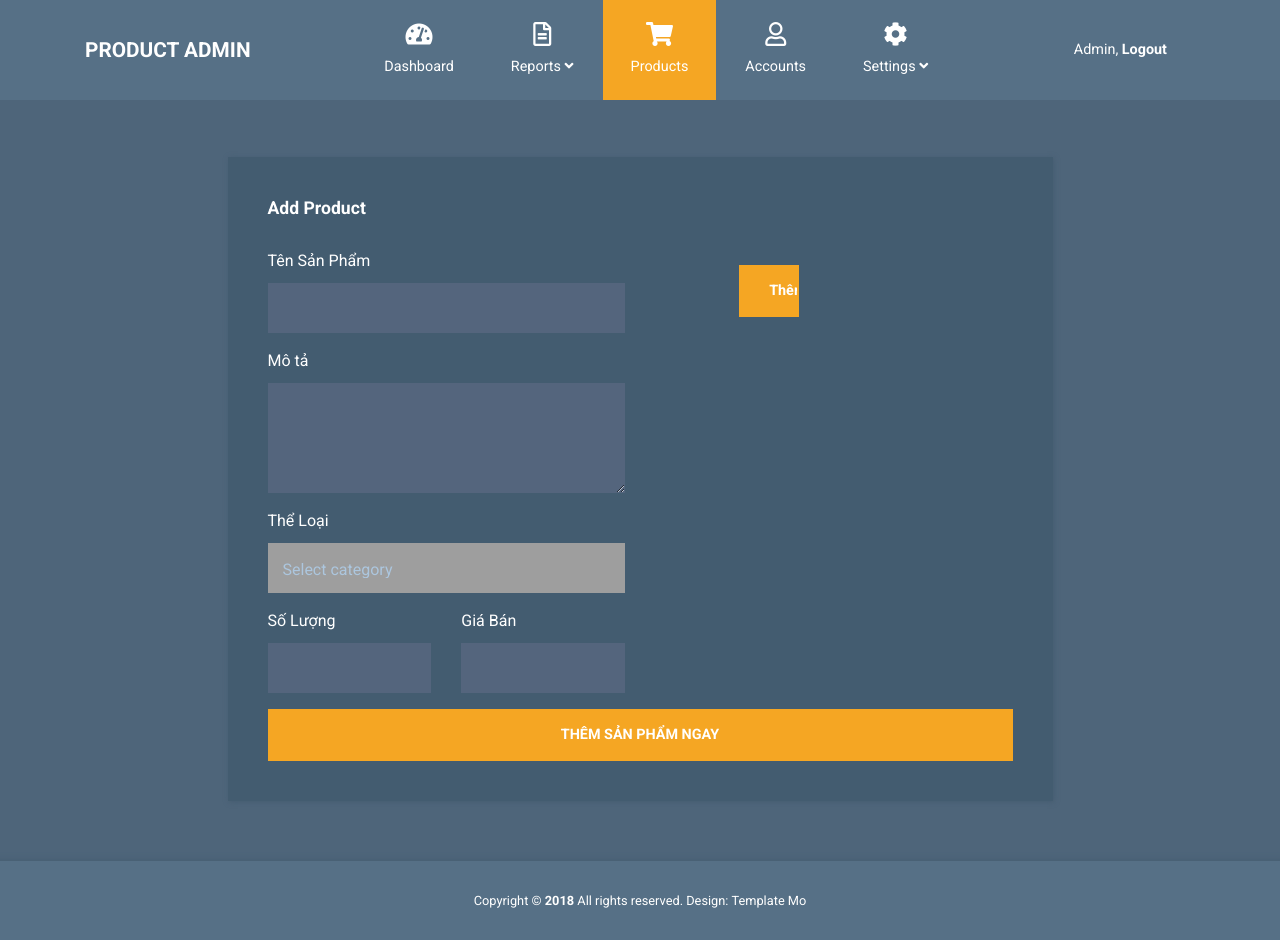
Repository: TruongNguyen0512/Bookhabor-ecommere-web
Page: http://localhost/bookHabor/add-product.jsp
These files come from the project's save history. The page is drawn as it stood at one moment and after the next save; the edit follows.
The browser window is 1280 px wide. The pictures show the whole page.
Pictures or frames that could not be fetched are drawn as grey boxes. The page is served by Tomcat 9. Nobody is signed in. The application's start-up code is not run.

Above is the page before, as saved 2023-12-08 17:59:19.

After the next save:
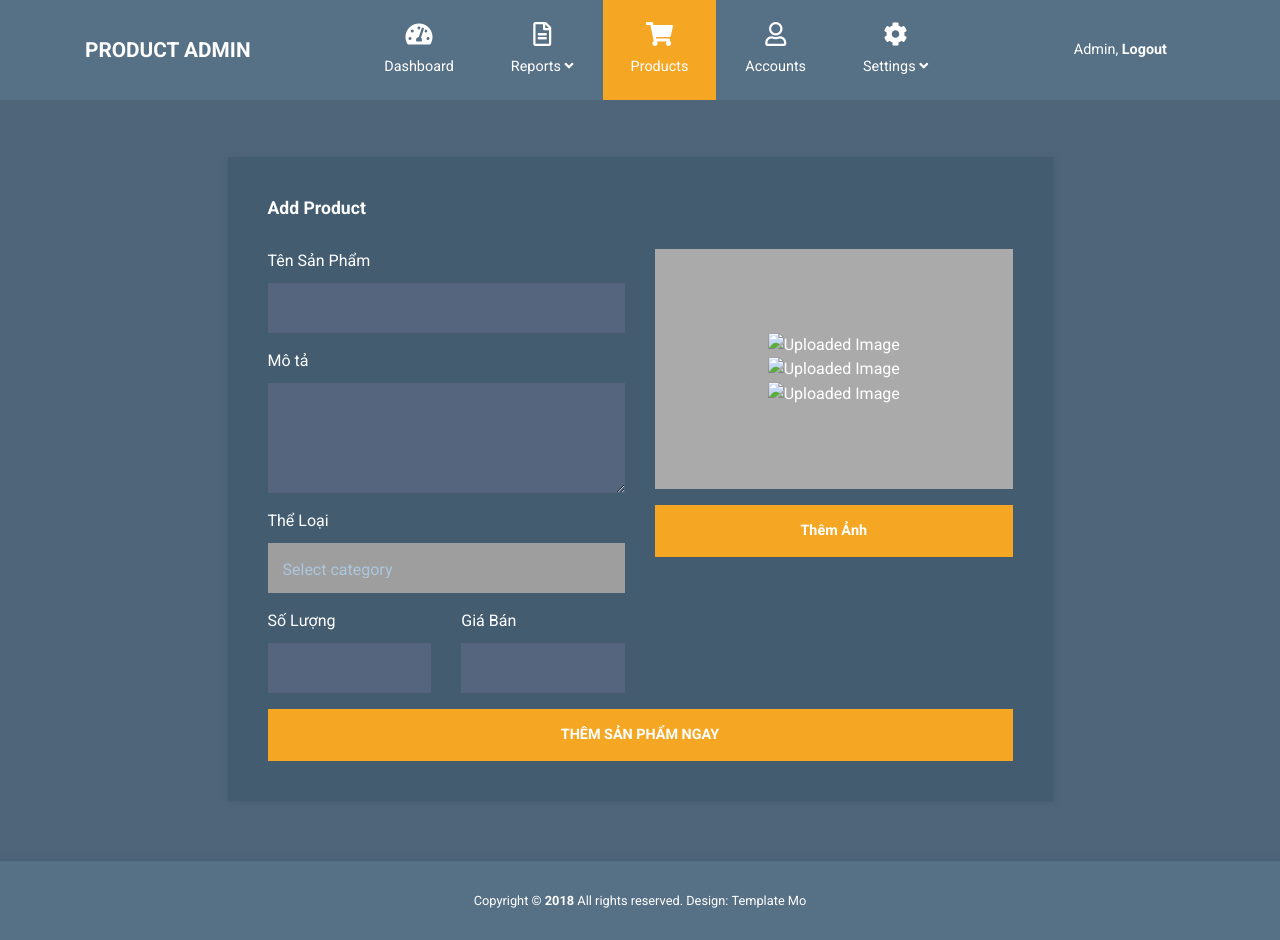
Console error: TypeError: $(...).slick is not a function
Saved 14 min 56 s later.
--- a/bookHabor/src/main/webapp/add-product.jsp
+++ b/bookHabor/src/main/webapp/add-product.jsp
@@ -129,38 +129,26 @@
 									</div>
 								</div>
 						</div>
-						<div class="row">
-							<div class="col-xl-4 col-lg-4 col-md-4 mx-auto mb-4">
-								<div class="tm-product-img-dummy mx-auto">
-									<img id="uploadedImage1" src="" alt="Uploaded Image 1"
-										style="display: none; max-width: 100%; height: auto;">
-								</div>
-								<input id="fileInput1" name="fileInput1" type="file"
-									style="display: none;" onchange="previewImage(event, 1)">
+						<div class="col-xl-6 col-lg-6 col-md-12 mx-auto mb-4">
+							<div class="tm-product-img-dummy mx-auto">
+								<div class="slider">
+									<div>
+										<img id="uploadedImage1" src="" alt="Uploaded Image">
+									</div>
+									<div>
+										<img id="uploadedImage2" src="" alt="Uploaded Image">
+									</div>
+									<div>
+										<img id="uploadedImage3" src="" alt="Uploaded Image">
+									</div>
+								</div>
 							</div>
-							<div class="col-xl-4 col-lg-4 col-md-4 mx-auto mb-4">
-								<div class="tm-product-img-dummy mx-auto">
-									<img id="uploadedImage2" src="" alt="Uploaded Image 2"
-										style="display: none; max-width: 100%; height: auto;">
-								</div>
-								<input id="fileInput2" name="fileInput2" type="file"
-									style="display: none;" onchange="previewImage(event, 2)">
-							</div>
-							<div class="col-xl-4 col-lg-4 col-md-4 mx-auto mb-4">
-								<div class="tm-product-img-dummy mx-auto">
-									<img id="uploadedImage3" src="" alt="Uploaded Image 3"
-										style="display: none; max-width: 100%; height: auto;">
-								</div>
-								<input id="fileInput3" name="fileInput3" type="file"
-									style="display: none;" onchange="previewImage(event, 3)">
-							</div>
-						</div>
-						<div class="row">
-							<div class="col-xl-6 col-lg-6 col-md-12 mx-auto mb-4">
-								<div class="custom-file mt-3 mb-3">
-									<input type="button" class="btn btn-primary btn-block mx-auto"
-										value="Thêm Ảnh" onclick="openFileInput()">
-								</div>
+							<div class="custom-file mt-3 mb-3">
+								<input id="fileInput" name="fileInput" type="file"
+									style="display: none;" onchange="previewImage(event)" /> <input
+									type="button" class="btn btn-primary btn-block mx-auto"
+									value="Thêm Ảnh"
+									onclick="document.getElementById('fileInput').click();" />
 							</div>
 						</div>
 						<div class="col-12">
@@ -197,31 +185,35 @@
 	</script>
 
 	<script>
-		let currentImageNumber = 1;
-
-		function openFileInput() {
-			if (currentImageNumber <= 3) {
-				document.getElementById('fileInput' + currentImageNumber)
-						.click();
-				currentImageNumber++;
-			}
-		}
-
-		function previewImage(event, imageNumber) {
-			const input = event.target;
-			if (input.files && input.files[0]) {
-				const reader = new FileReader();
-
-				reader.onload = function(e) {
-					const imageId = 'uploadedImage' + imageNumber;
-					const image = document.getElementById(imageId);
-					image.src = e.target.result;
-					image.style.display = 'block';
-				};
-
-				reader.readAsDataURL(input.files[0]);
-			}
-		}
-	</script>
+  $(document).ready(function(){
+    $('.slider').slick({
+      dots: true,
+      infinite: true,
+      speed: 500,
+      slidesToShow: 1,
+      slidesToScroll: 1
+    });
+  });
+
+  function previewImage(event) {
+    const input = event.target;
+    if (input.files && input.files[0]) {
+      const reader = new FileReader();
+
+      reader.onload = function(e) {
+        $('#uploadedImage1').attr('src', e.target.result);
+        $('#uploadedImage1').parent().parent().slick('slickGoTo', 0); // Chuyển đến ảnh đầu tiên
+
+        $('#uploadedImage2').attr('src', e.target.result);
+        $('#uploadedImage2').parent().parent().slick('slickGoTo', 1); // Chuyển đến ảnh thứ hai
+
+        $('#uploadedImage3').attr('src', e.target.result);
+        $('#uploadedImage3').parent().parent().slick('slickGoTo', 2); // Chuyển đến ảnh thứ ba
+      };
+
+      reader.readAsDataURL(input.files[0]);
+    }
+  }
+</script>
 </body>
 </html>

After the 2 saves that followed:
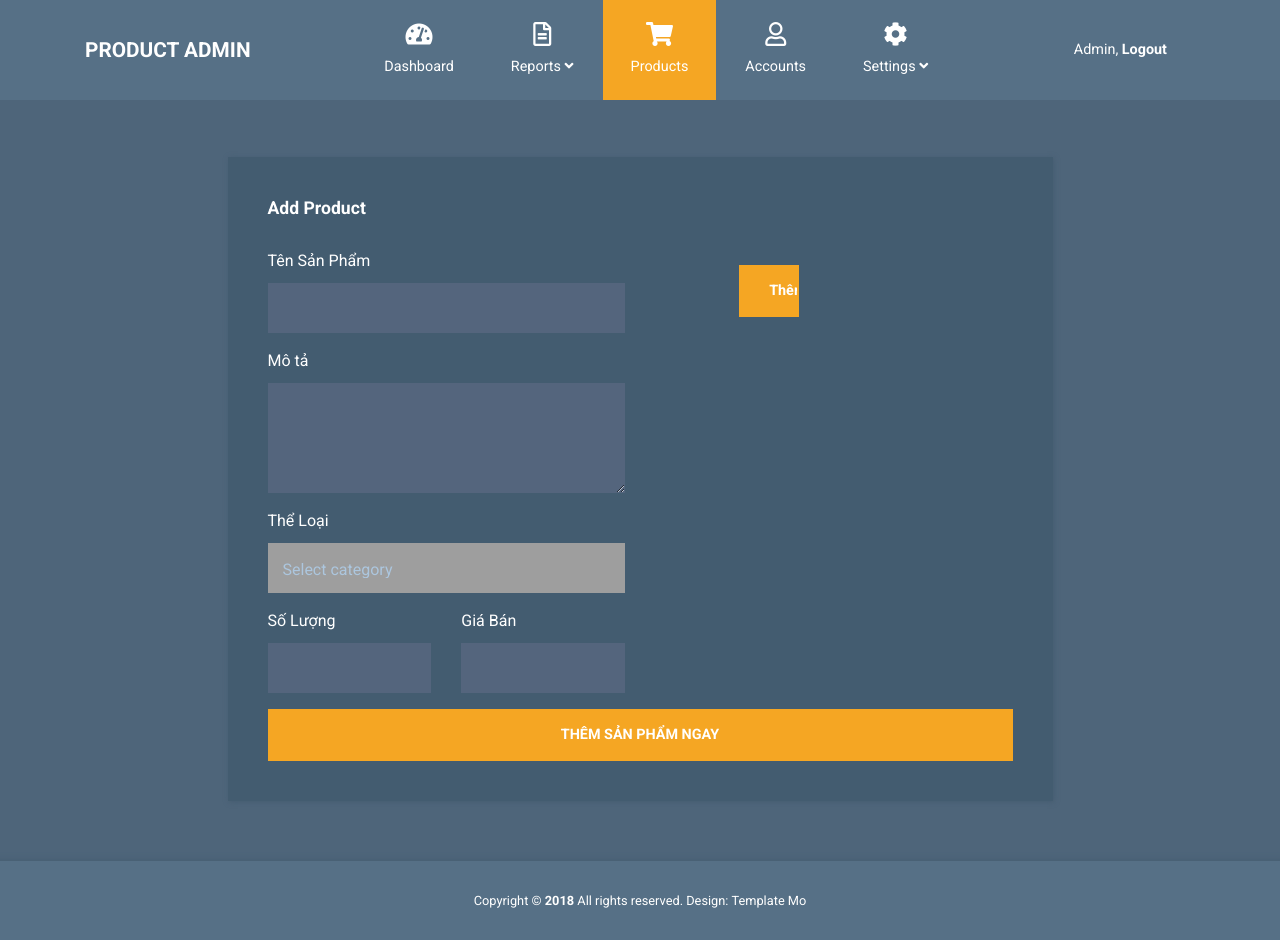
The error is gone.
The 2 saves are shown as one change because 1 left the picture as it was.
The last was saved 110 s later.
--- a/bookHabor/src/main/webapp/add-product.jsp
+++ b/bookHabor/src/main/webapp/add-product.jsp
@@ -129,26 +129,38 @@
 									</div>
 								</div>
 						</div>
-						<div class="col-xl-6 col-lg-6 col-md-12 mx-auto mb-4">
-							<div class="tm-product-img-dummy mx-auto">
-								<div class="slider">
-									<div>
-										<img id="uploadedImage1" src="" alt="Uploaded Image">
-									</div>
-									<div>
-										<img id="uploadedImage2" src="" alt="Uploaded Image">
-									</div>
-									<div>
-										<img id="uploadedImage3" src="" alt="Uploaded Image">
-									</div>
-								</div>
-							</div>
-							<div class="custom-file mt-3 mb-3">
-								<input id="fileInput" name="fileInput" type="file"
-									style="display: none;" onchange="previewImage(event)" /> <input
-									type="button" class="btn btn-primary btn-block mx-auto"
-									value="Thêm Ảnh"
-									onclick="document.getElementById('fileInput').click();" />
+						<div class="row">
+							<div class="col-xl-4 col-lg-4 col-md-4 mx-auto mb-4">
+								<div class="tm-product-img-dummy mx-auto">
+									<img id="uploadedImage1" src="" alt="Uploaded Image 1"
+										style="display: none; max-width: 100%; height: auto;">
+								</div>
+								<input id="fileInput1" name="fileInput1" type="file"
+									style="display: none;" onchange="previewImage(event, 1)">
+							</div>
+							<div class="col-xl-4 col-lg-4 col-md-4 mx-auto mb-4">
+								<div class="tm-product-img-dummy mx-auto">
+									<img id="uploadedImage2" src="" alt="Uploaded Image 2"
+										style="display: none; max-width: 100%; height: auto;">
+								</div>
+								<input id="fileInput2" name="fileInput2" type="file"
+									style="display: none;" onchange="previewImage(event, 2)">
+							</div>
+							<div class="col-xl-4 col-lg-4 col-md-4 mx-auto mb-4">
+								<div class="tm-product-img-dummy mx-auto">
+									<img id="uploadedImage3" src="" alt="Uploaded Image 3"
+										style="display: none; max-width: 100%; height: auto;">
+								</div>
+								<input id="fileInput3" name="fileInput3" type="file"
+									style="display: none;" onchange="previewImage(event, 3)">
+							</div>
+						</div>
+						<div class="row">
+							<div class="col-xl-6 col-lg-6 col-md-12 mx-auto mb-4">
+								<div class="custom-file mt-3 mb-3">
+									<input type="button" class="btn btn-primary btn-block mx-auto"
+										value="Thêm Ảnh" onclick="openFileInput()">
+								</div>
 							</div>
 						</div>
 						<div class="col-12">
@@ -185,35 +197,31 @@
 	</script>
 
 	<script>
-  $(document).ready(function(){
-    $('.slider').slick({
-      dots: true,
-      infinite: true,
-      speed: 500,
-      slidesToShow: 1,
-      slidesToScroll: 1
-    });
-  });
-
-  function previewImage(event) {
-    const input = event.target;
-    if (input.files && input.files[0]) {
-      const reader = new FileReader();
-
-      reader.onload = function(e) {
-        $('#uploadedImage1').attr('src', e.target.result);
-        $('#uploadedImage1').parent().parent().slick('slickGoTo', 0); // Chuyển đến ảnh đầu tiên
-
-        $('#uploadedImage2').attr('src', e.target.result);
-        $('#uploadedImage2').parent().parent().slick('slickGoTo', 1); // Chuyển đến ảnh thứ hai
-
-        $('#uploadedImage3').attr('src', e.target.result);
-        $('#uploadedImage3').parent().parent().slick('slickGoTo', 2); // Chuyển đến ảnh thứ ba
-      };
-
-      reader.readAsDataURL(input.files[0]);
-    }
-  }
-</script>
+		let currentImageNumber = 1;
+
+		function openFileInput() {
+			if (currentImageNumber <= 3) {
+				document.getElementById('fileInput' + currentImageNumber)
+						.click();
+				currentImageNumber++;
+			}
+		}
+
+		function previewImage(event, imageNumber) {
+			const input = event.target;
+			if (input.files && input.files[0]) {
+				const reader = new FileReader();
+
+				reader.onload = function(e) {
+					const imageId = 'uploadedImage' + imageNumber;
+					const image = document.getElementById(imageId);
+					image.src = e.target.result;
+					image.style.display = 'block';
+				};
+
+				reader.readAsDataURL(input.files[0]);
+			}
+		}
+	</script>
 </body>
 </html>
